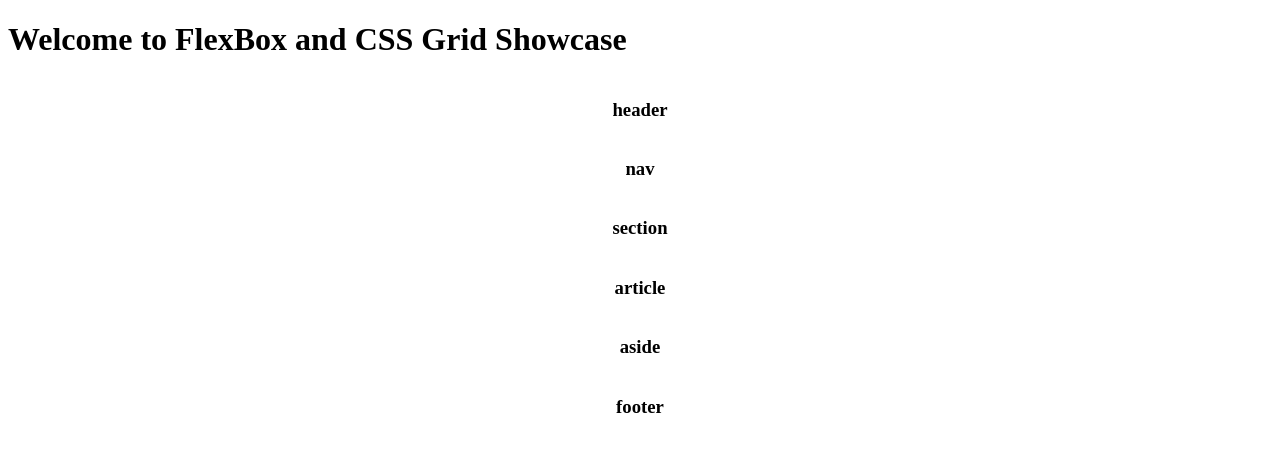
Repository: Awhit-commits/CSS_GRID_AND_FLEXBOX_LESSON
Page: index.html
These files come from the project's save history. The page is drawn as it stood at one moment and after the next save; the edit follows.
The browser window is 1280 px wide. The pictures show the whole page.

Above is the page before, as saved 2020-12-21 17:37:32.

After the next save:
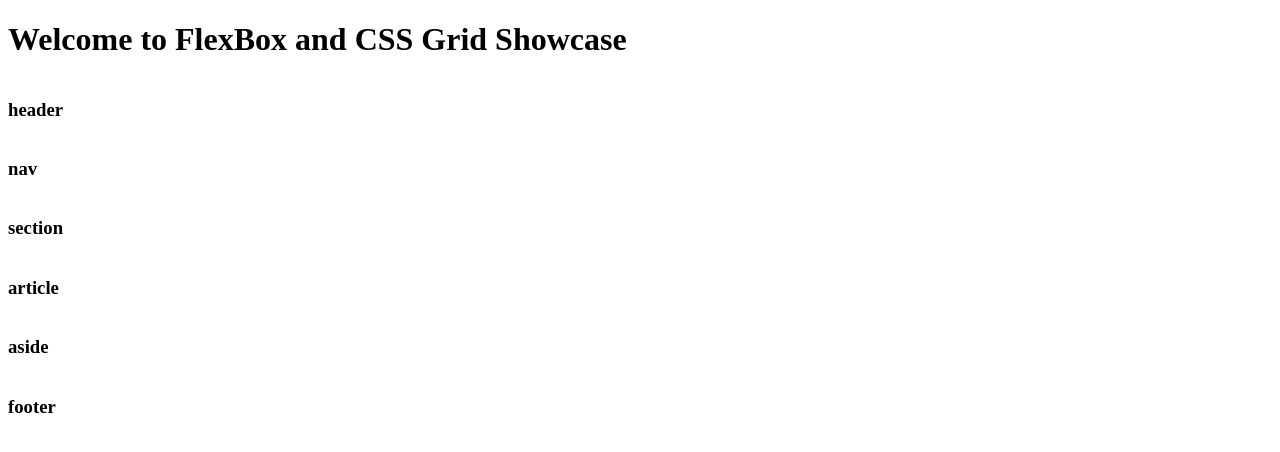
Saved 2 min 16 s later.
--- a/style.css
+++ b/style.css
@@ -3,7 +3,7 @@
     flex-direction: column;
     flex-wrap: nowrap;
     justify-content: space-between;
-    text-align: center;
+    /* text-align: center; */
 }
 
 .main{
